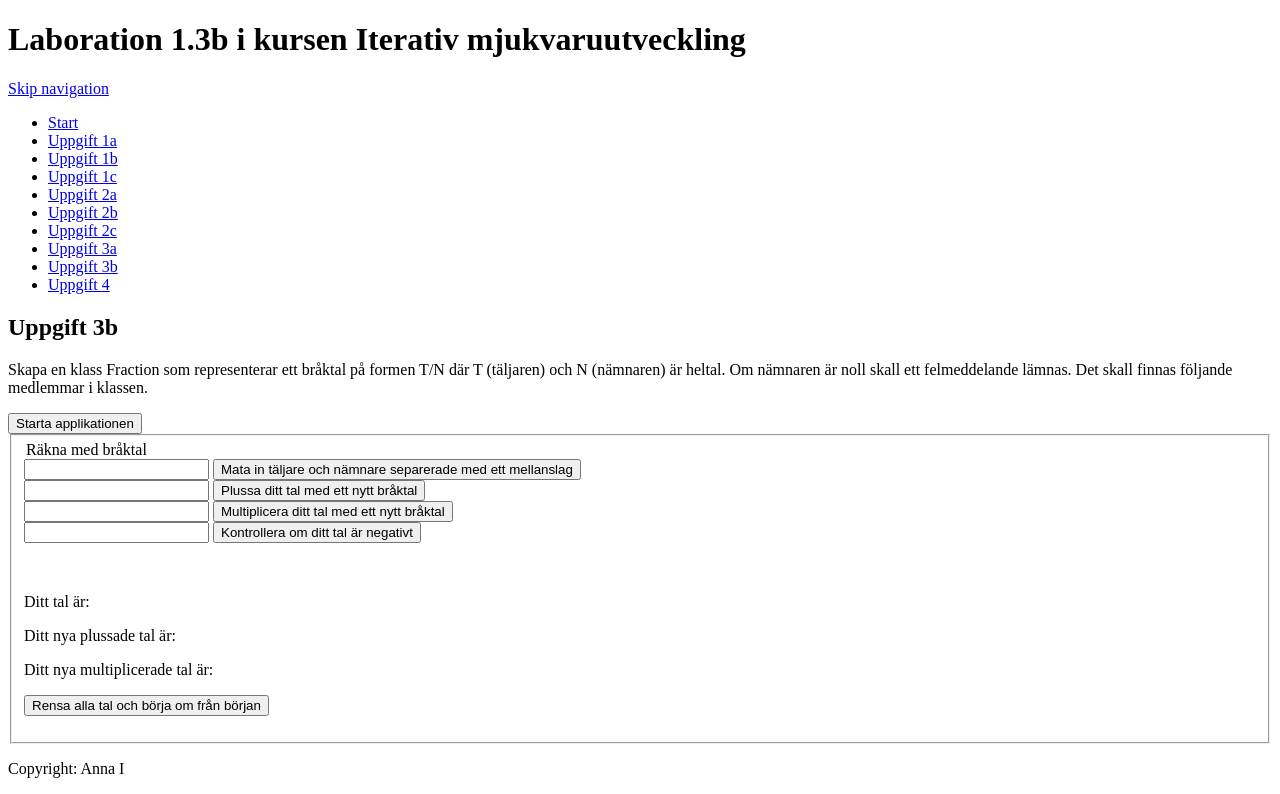
Repository: Holmewi/1dv404-jh222qr-laborationer
Page: Uppgift 3b/index.html
The author's editor kept a record of every edit. The page is drawn from the files as they stood at one moment, then again after the next edit.
The browser window is 1280 px wide. The pictures show the whole page.

Above is the page before.
Console error: TypeError: Cannot read properties of null (reading 'addEventListener')
Not found: Uppgift 3b/3b.js
Not found: Uppgift 3b/css/mobile.css
Not found: Uppgift 3b/css/styles.css

After the next edit:
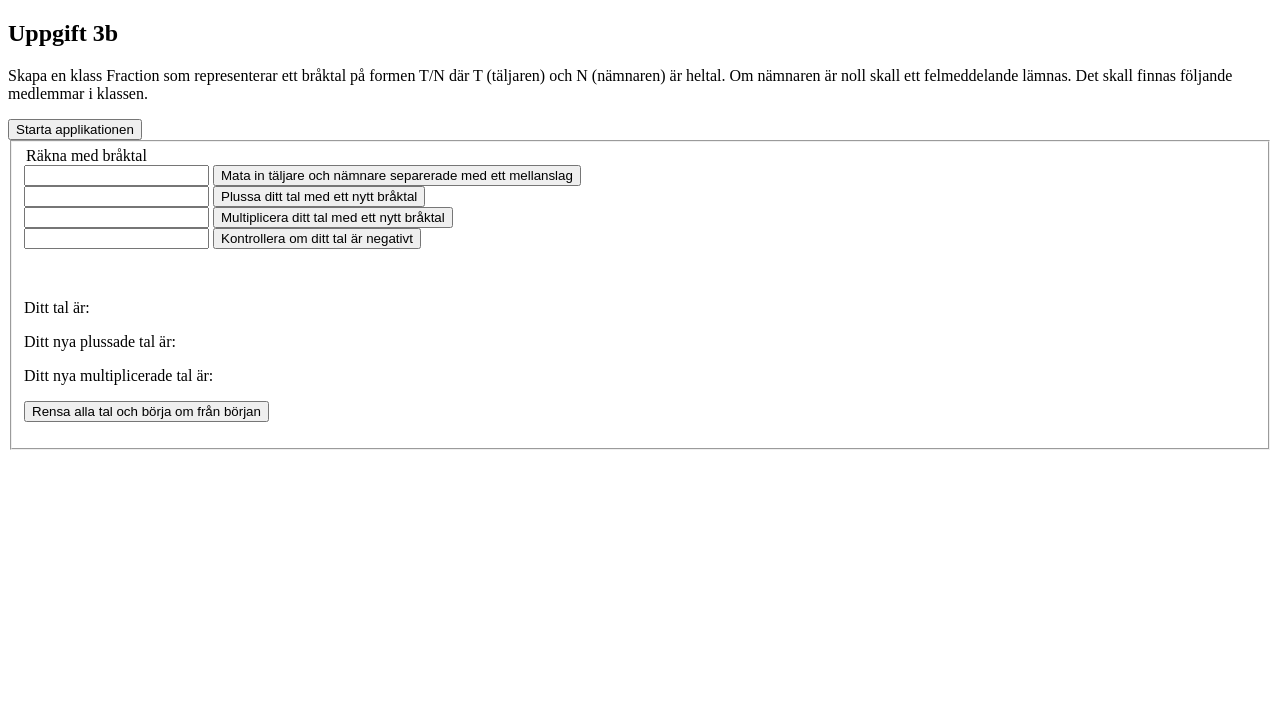
The edit:
--- a/Uppgift 3b/index.html
+++ b/Uppgift 3b/index.html
@@ -15,40 +15,6 @@
 
 <body>
 
-
- <div id="container">
-  <header>
-
-    <h1>Laboration 1.3b i kursen Iterativ mjukvaruutveckling</h1>
-
-  </header>
-  <nav>
-    <a href="#content">Skip navigation</a>
-    <ul>
-     <li><a href="index.html" >Start</a>
-     </li>
-     <li><a href="1a.html" >Uppgift 1a</a>
-     </li>
-     <li><a href="1b.html">Uppgift 1b</a>
-     </li>
-     <li><a href="1c.html">Uppgift 1c</a>
-     </li>
-     <li><a href="2a.html">Uppgift 2a</a>
-     </li>
-     <li><a href="2b.html">Uppgift 2b</a>
-     </li>
-     <li><a href="2c.html">Uppgift 2c</a>
-     </li>
-     <li><a href="3a.html">Uppgift 3a</a>
-     </li>
-     <li><a href="3b.html" class="active">Uppgift 3b</a>
-     </li>
-     <li><a href="4.html">Uppgift 4</a>
-     </li>
-   </ul>
- </nav>
- <main>
-   <article>
     <h2>Uppgift 3b</h2>
     <p>
       Skapa en klass Fraction som representerar ett bråktal på formen T/N där T (täljaren) och N (nämnaren) är heltal. Om nämnaren är noll skall ett felmeddelande lämnas. Det skall finnas följande medlemmar i klassen.
@@ -83,9 +49,7 @@
           </form>
             </main>
 
-            <footer>
-              <p>Copyright: Anna I</p>
-            </footer>
+
           </div>
         </body>
 
